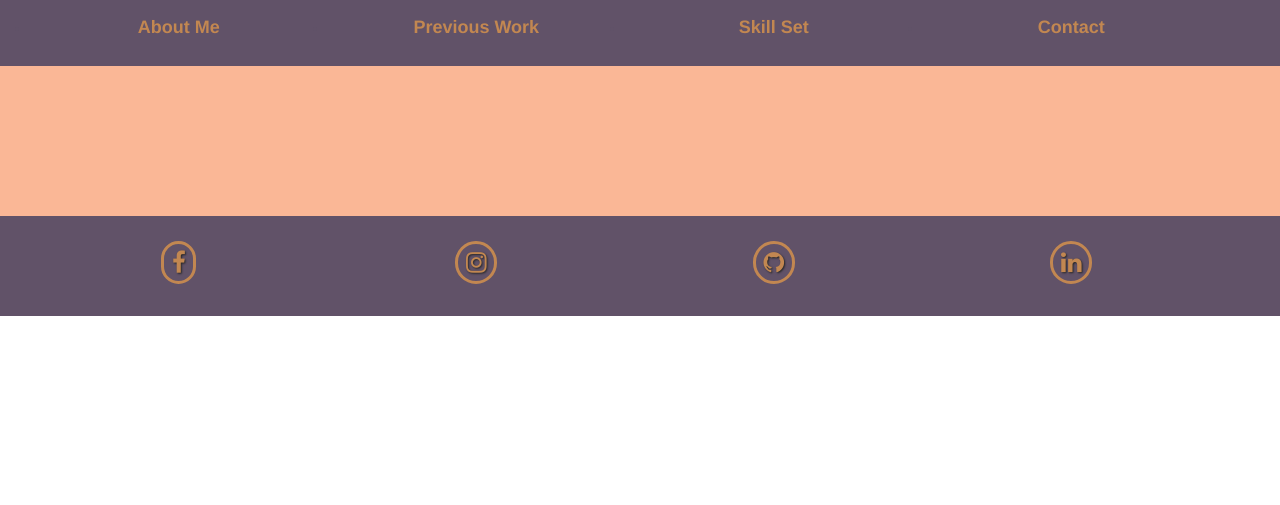
Repository: Rang3rDang3r/Portfolio
Page: main.html
The author's editor kept a record of every edit. The page is drawn from the files as they stood at one moment, then again after the next edit.
The browser window is 1280 px wide. The pictures show the whole page.

Above is the page before.

### main.html
<!DOCTYPE html>
<html lang="en">
<head>

    <meta charset="UTF-8">
    <meta name="viewport" content="width=device-width, initial-scale=1.0">
    <meta http-equiv="X-UA-Compatible" content="ie=edge">

    <!-- Stylesheets -->
    <link rel="stylesheet" href="main-style.css" type="text/css" />
    <link rel="stylesheet" href="https://maxcdn.bootstrapcdn.com/bootstrap/3.3.7/css/bootstrap.min.css">
    <link rel="stylesheet" href="https://maxcdn.bootstrapcdn.com/font-awesome/4.7.0/css/font-awesome.min.css" type="text/css" />
    <link href="https://fonts.googleapis.com/css?family=Arimo&display=swap" rel="stylesheet">
    <!-- /Stylesheets -->

    <title>Stuart Evans - Web Developer</title>

</head>
<body>

    <!-- Nav Bar -->
    <nav>
        <div class="container-fluid">
            <div class="row col-xs-12">
                <ul class="nav-bar col-xs-12">
                    <li class="nav-link col-xs-6 col-sm-3">
                        <a href="#">About Me</a>
                    </li>
                    <li class="nav-link col-xs-6 col-sm-3">
                        <a href="#">Previous Work</a>
                    </li>
                    <li class="nav-link col-xs-6 col-sm-3">
                        <a href="#">Skill Set</a>
                    </li>
                    <li class="nav-link col-xs-6 col-sm-3">
                        <a href="#">Contact</a>
                    </li>
                </ul>
            </div>
        </div>
    </nav>
    <!--/Nav Bar -->

    <!-- About Me -->
    <section>
        <div class="eton-blue"></div>
        <div class="dark-sea-green"></div>
        <div class="vivid-tangerine"></div>
        <div class="mantis"></div>
    </section>
    <!-- About Me -->

    <!-- Previous Work -->
    <section>

    </section>
    <!-- Previous Work -->

    <!-- Skill Set -->
    <section>

    </section>
    <!-- Skill Set -->

    <!-- Contact Form -->
    <section>

    </section>
    <!-- Contact Form -->

    <!-- Footer -->
    <footer>
        <div class="container-fluid">
            <div class="row col-xs-12">
                <ul class="footer-format col-xs-12">
                    <li class="footer-links col-xs-6 col-md-3">
                        <a href="https://www.facebook.com/ranger.danger.91" alt="Facebook" target="_blank"><i class="fa fa-facebook"></i></a>
                    </li>
                    <li class="footer-links col-xs-6 col-md-3">
                        <a href="https://www.instagram.com/rangerroo/" alt="Instagram" target="_blank"><i class="fa fa-instagram"></i></a>
                    </li>
                    <li class="footer-links col-xs-6 col-md-3">
                        <a href="https://github.com/Rang3rDang3r" alt="GitHub" target="_blank"><i class="fa fa-github"></i></a>
                    </li>
                    <li class="footer-links col-xs-6 col-md-3">
                        <a href="https://www.linkedin.com/in/stuart-evans-b672a6139/" alt="LinkedIn" target="_blank"><i class="fa fa-linkedin"></i></a>
                    </li>
                </ul>
            </div>
        </div>
    </footer>
    <!-- /Footer -->

</body>
</html>

### main-style.css
/*--- Font Family ---*/

@import url("https://fonts.googleapis.com/css?family=Arimo:100,200,300,400,500,600,700");

/*--- Background Images ---*/


/*--- Header Format ---*/

h1
h2
h3
h4
h5
h6 {
    font-family: "Arimo", sans-serif;
}

a {
    text-decoration: none !important;
}

/*--- Nav Bar ---*/

nav {
    background-color: #46344e;
    opacity: 0.85;
}

.nav-link {
    color: #46344e;
    text-align: center;
    margin-top: 15px;
    margin-bottom: 15px;
}

.nav-link a {
    color: rgb(184, 115, 51);
    font-family: "Arimo", sans-serif;
    font-weight: bold;
    font-size: large;
}

.nav-link a:hover {
    color: #ffffff;
    transition-duration: 1s;
    transition-timing-function: ease-in-out;
}

/*--- Footer ---*/

footer{
    clear: both;
    min-height: 100px;
    background-color: #46344e;
    opacity: 0.85;
    float: none;
}

.footer-links {
    text-align: center;
}

.footer-format {
    margin-bottom: 20px;
}

.footer-format li {
    color: #46344e;
    padding-top: 15px;
    padding-bottom: 15px;
    margin-top: 15px;
}

.footer-format li a {
    font-family: "Arimo", sans-serif;
    color: rgb(184, 115, 51);
    font-size: x-large;
    text-shadow: 1px 1px 2px #000000;
    padding: 5px 7.5px 5px 7.5px;
    border: 3px solid rgb(184, 115, 51);
    border-radius: 25px;
}

.footer-format li a:hover {
    color: #ffffff;
    border: 5px solid #ffffff;
    transition-duration: 1s;
    transition-timing-function: ease-in-out;
}

/*--- Media Queries ---*/

@media(min-width: 768px) {
    .footer-links {
        display: inline;
    }
}

.eton-blue {
    background-color: #f9ab84;
    padding-top: 75px;
    padding-bottom: 75px;
    opacity: 0.85;
    text-align: center;
    font-size: 75px;
}

.eton-blue-b {
    background-color: #f9ab84;
    opacity: 1;
    padding-top: 15px;
    padding-bottom:15px;

}

After the next edit:
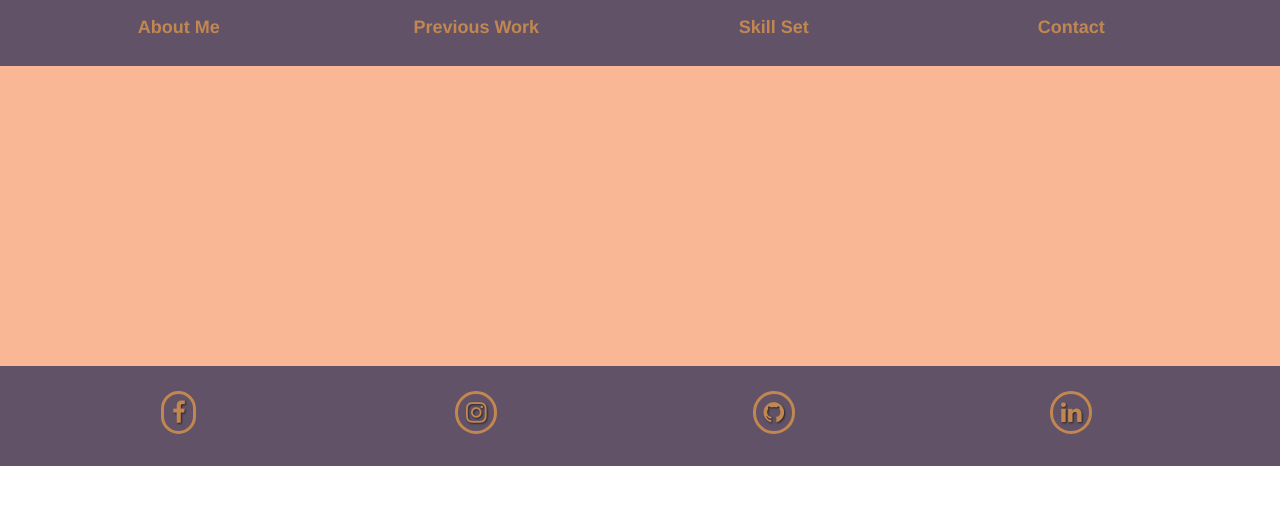
The edit:
--- a/main-style.css
+++ b/main-style.css
@@ -113,3 +113,19 @@
     padding-bottom:15px;
 
 }
+.mantis {
+    background-color: #f9ab84;
+    padding-top: 75px;
+    padding-bottom: 75px;
+    opacity: 0.85;
+    text-align: center;
+    font-size: 75px;
+}
+
+.eton-blue-b {
+    background-color: #f9ab84;
+    opacity: 1;
+    padding-top: 15px;
+    padding-bottom:15px;
+
+}
